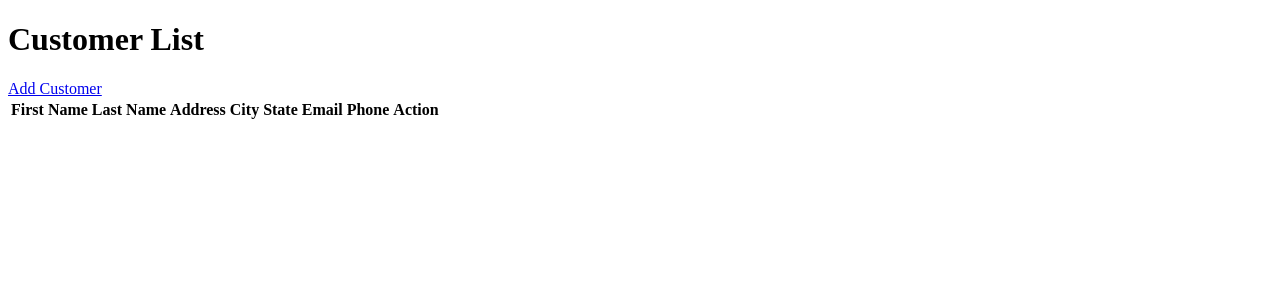
Repository: Shamanth-S/Customer-management
Page: DEMO/src/main/webapp/customer_list.html
These files come from the project's save history. The page is drawn as it stood at one moment and after the next save; the edit follows.
The browser window is 1280 px wide. The pictures show the whole page.

Above is the page before, as saved 2023-09-06 07:44:42.

After the next save:
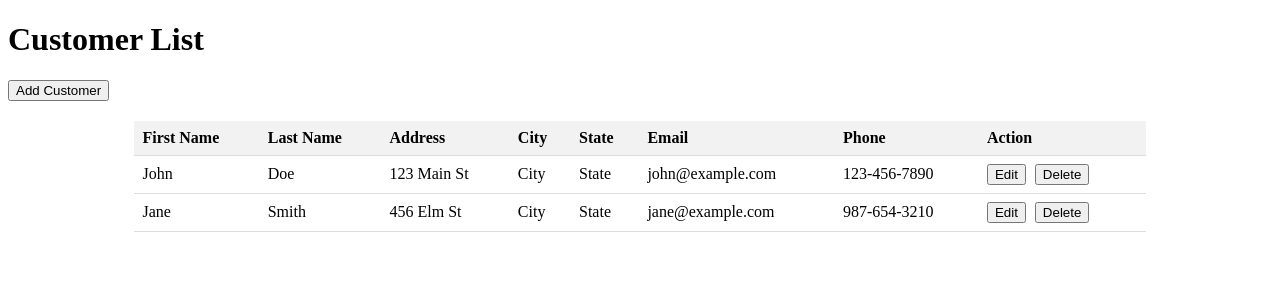
Saved 3 min 35 s later.
--- a/DEMO/src/main/webapp/customer_list.html
+++ b/DEMO/src/main/webapp/customer_list.html
@@ -2,15 +2,33 @@
 <html>
 <head>
     <title>Customer List</title>
+    <style>
+        /* Add your CSS styles here */
+        table {
+            width: 80%;
+            border-collapse: collapse;
+            margin: 20px auto;
+        }
+
+        th, td {
+            padding: 8px;
+            text-align: left;
+            border-bottom: 1px solid #ddd;
+        }
+
+        th {
+            background-color: #f2f2f2;
+        }
+
+        .action-buttons button {
+            margin-right: 5px;
+        }
+    </style>
 </head>
 <body>
     <h1>Customer List</h1>
-
-    <!-- Add Customer Button -->
-    <a href="add_customer.html" class="btn btn-primary">Add Customer</a>
-
-    <!-- Table to Display Customer Information -->
-    <table class="table">
+    <button onclick="location.href='add_customer.html'">Add Customer</button>
+    <table>
         <thead>
             <tr>
                 <th>First Name</th>
@@ -23,9 +41,61 @@
                 <th>Action</th>
             </tr>
         </thead>
-        <tbody>
-            <!-- Customer data will be displayed here dynamically -->
+        <tbody id="customer-list">
+            <!-- Customer data will be inserted here -->
         </tbody>
     </table>
+
+    <script>
+        // Mock customer data (you should fetch real data from your database)
+        const customers = [
+            { id: 1, firstName: 'John', lastName: 'Doe', address: '123 Main St', city: 'City', state: 'State', email: 'john@example.com', phone: '123-456-7890' },
+            { id: 2, firstName: 'Jane', lastName: 'Smith', address: '456 Elm St', city: 'City', state: 'State', email: 'jane@example.com', phone: '987-654-3210' }
+            // Add more customer objects as needed
+        ];
+
+        // Function to display customers in the table
+        function displayCustomers() {
+            const customerTable = document.getElementById('customer-list');
+            customerTable.innerHTML = ''; // Clear the table
+
+            customers.forEach(customer => {
+                const row = document.createElement('tr');
+                row.innerHTML = `
+                    <td>${customer.firstName}</td>
+                    <td>${customer.lastName}</td>
+                    <td>${customer.address}</td>
+                    <td>${customer.city}</td>
+                    <td>${customer.state}</td>
+                    <td>${customer.email}</td>
+                    <td>${customer.phone}</td>
+                    <td class="action-buttons">
+                        <button onclick="editCustomer(${customer.id})">Edit</button>
+                        <button onclick="deleteCustomer(${customer.id})">Delete</button>
+                    </td>
+                `;
+                customerTable.appendChild(row);
+            });
+        }
+
+        // Function to delete a customer (in-memory)
+        function deleteCustomer(customerId) {
+            const index = customers.findIndex(customer => customer.id === customerId);
+            if (index !== -1) {
+                customers.splice(index, 1); // Remove the customer from the array
+                displayCustomers(); // Refresh the table
+            }
+        }
+
+        // Function to edit a customer (in-memory)
+        function editCustomer(customerId) {
+            // In a real application, you would navigate to an edit page
+            // Here, we'll just display a message
+            alert(`Editing customer with ID ${customerId}`);
+        }
+
+        // Initial display of customers
+        displayCustomers();
+    </script>
 </body>
 </html>
